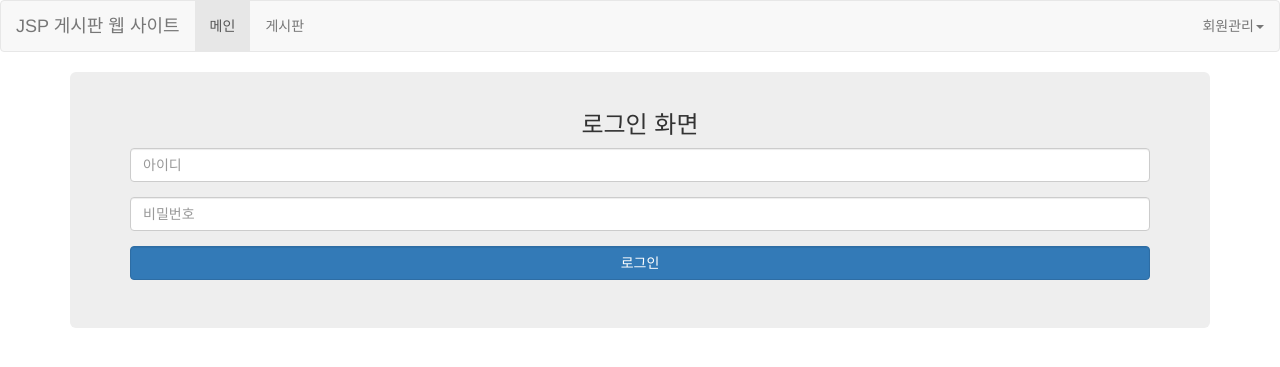
Repository: tykwon97/JSP
Page: http://localhost/BBS/bbs.jsp
An editor plug-in stored every save of this project. The page is shown before and after the next save, followed by the edit.
The browser window is 1280 px wide. The pictures show the whole page.
Some web libraries are served in a nearby version. The page is served by Tomcat 9. Other server files are loaded and not shown.

Above is the page before, as saved 2021-01-28 13:40:15.

### projects/BBS/WebContent/bbs.jsp
<%@ page language="java" contentType="text/html; charset=UTF-8"
	pageEncoding="UTF-8"%>
<%@ page import="java.io.PrintWriter"%>
<!-- 라이브러리를 불러오기 위함 -->
<!DOCTYPE html>
<html>
<head>
<meta http-equiv="Content-Type" content="text/html" ; charset="UTF-8">
<meta name="viewport" content="width=device-width" , initial-scale="1">
<link rel="stylesheet" href="css/bootstrap.css">
<title>JSP 게시판 웹 사이트</title>
</head>
<body>
	<%
		String userID = null;
	if (session.getAttribute("userID") != null) {
		userID = (String) session.getAttribute("userID");
	}
	%>
	<nav class="navbar navbar-default">
		<div class="navbar-header">
			<button type="button" class="navbar-toggle collapsed"
				data-toggle="collapse" data-target="#bs-example-navbar-collapse-1"
				aria-expanded="false">
				<span calss="icon-bar"></span> <span calss="icon-bar"></span> <span
					calss="icon-bar"></span>
			</button>
			<a class="navbar-brand" href="main.jsp">JSP 게시판 웹 사이트</a>
		</div>
		<div class="collapse navbar-collapse"
			id="bs-example-navbar-collapse-1">
			<ul class="nav navbar-nav">
				<li class="active"><a href="main.jsp">메인</a></li>
				<!-- class="active" : 현재 선택이 됨 -->
				<li><a href="bbs.jsp">게시판</a></li>
			</ul>
			<%
				if (userID == null) {
			%>
			<ul class="nav navbar-nav navbar-right">
				<li class="dropdown"><a href="#" class="dropdown-toggle"
					data-toggle="dropdown" role="button" aria-haspopup="true"
					aria-expanded="false"> 회원관리<span class="caret"></span></a> <!-- 아이콘 -->
					<ul class="dropdown-menu">
						<li><a href="logoutAction.jsp">로그아웃</a></li>
					</ul></li>
			</ul>
			<%
				} else { //로그인 되어 있는 사람
			%>
			<ul class="nav navbar-nav navbar-right">
				<li class="dropdown"><a href="#" class="dropdown-toggle"
					data-toggle="dropdown" role="button" aria-haspopup="true"
					aria-expanded="false"> 접속하기<span class="caret"></span></a> <!-- 아이콘 -->
					<ul class="dropdown-menu">
						<li><a href="login.jsp">로그인</a></li>
						<li><a href="join.jsp">회원가입</a></li>
					</ul></li>
			</ul>
			<%
				}
			%>
		</div>
	</nav>

	<div class="container">
		<div class="col-lg-4"></div>
		<div class="col-lg-4"></div>
		<div class="jumbotron" style="padding-top: 20px;">
			<form method="post" action="loginAction.jsp">
				<h3 style="text-align: center;">로그인 화면</h3>
				<div class="form-group">
					<input type="text" class="form-control" placeholder="아이디"
						name="userID" maxlength="20">
				</div>
				<div class="form-group">
					<input type="password" class="form-control" placeholder="비밀번호"
						name="userPassword" maxlength="20">
				</div>
				<input type="submit" class="btn btn-primary form-control"
					value="로그인">
			</form>
		</div>
		<div class="col-lg-4"></div>
	</div>
	<script src="https://code.jquery.com/jquery-3.1.1.min.js"></script>
	<script src="js/bootstrap.js"></script>
</body>
</html>

Loaded but not shown: projects/BBS/WebContent/css/bootstrap.css (library); projects/BBS/WebContent/js/bootstrap.js (library)

After the next save:
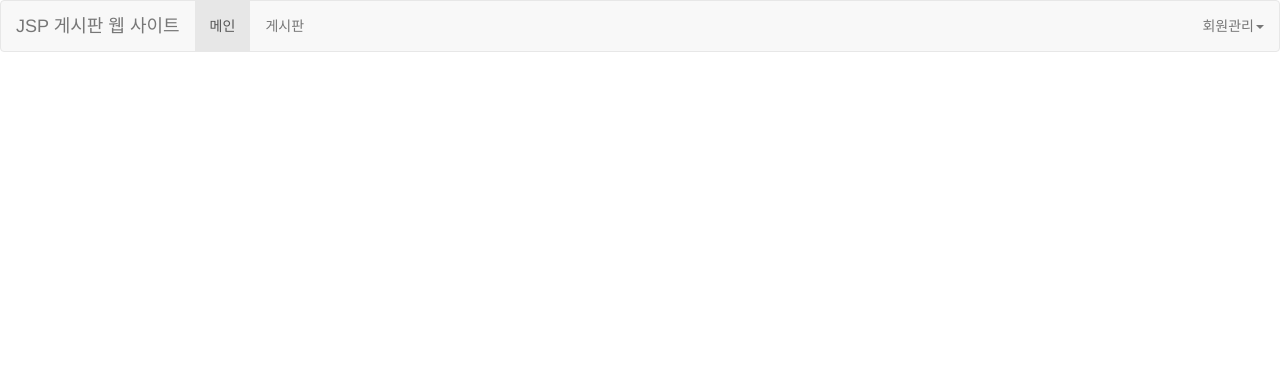
Saved 97 s later.
--- a/projects/BBS/WebContent/bbs.jsp
+++ b/projects/BBS/WebContent/bbs.jsp
@@ -63,26 +63,7 @@
 		</div>
 	</nav>
 
-	<div class="container">
-		<div class="col-lg-4"></div>
-		<div class="col-lg-4"></div>
-		<div class="jumbotron" style="padding-top: 20px;">
-			<form method="post" action="loginAction.jsp">
-				<h3 style="text-align: center;">로그인 화면</h3>
-				<div class="form-group">
-					<input type="text" class="form-control" placeholder="아이디"
-						name="userID" maxlength="20">
-				</div>
-				<div class="form-group">
-					<input type="password" class="form-control" placeholder="비밀번호"
-						name="userPassword" maxlength="20">
-				</div>
-				<input type="submit" class="btn btn-primary form-control"
-					value="로그인">
-			</form>
-		</div>
-		<div class="col-lg-4"></div>
-	</div>
+
 	<script src="https://code.jquery.com/jquery-3.1.1.min.js"></script>
 	<script src="js/bootstrap.js"></script>
 </body>
